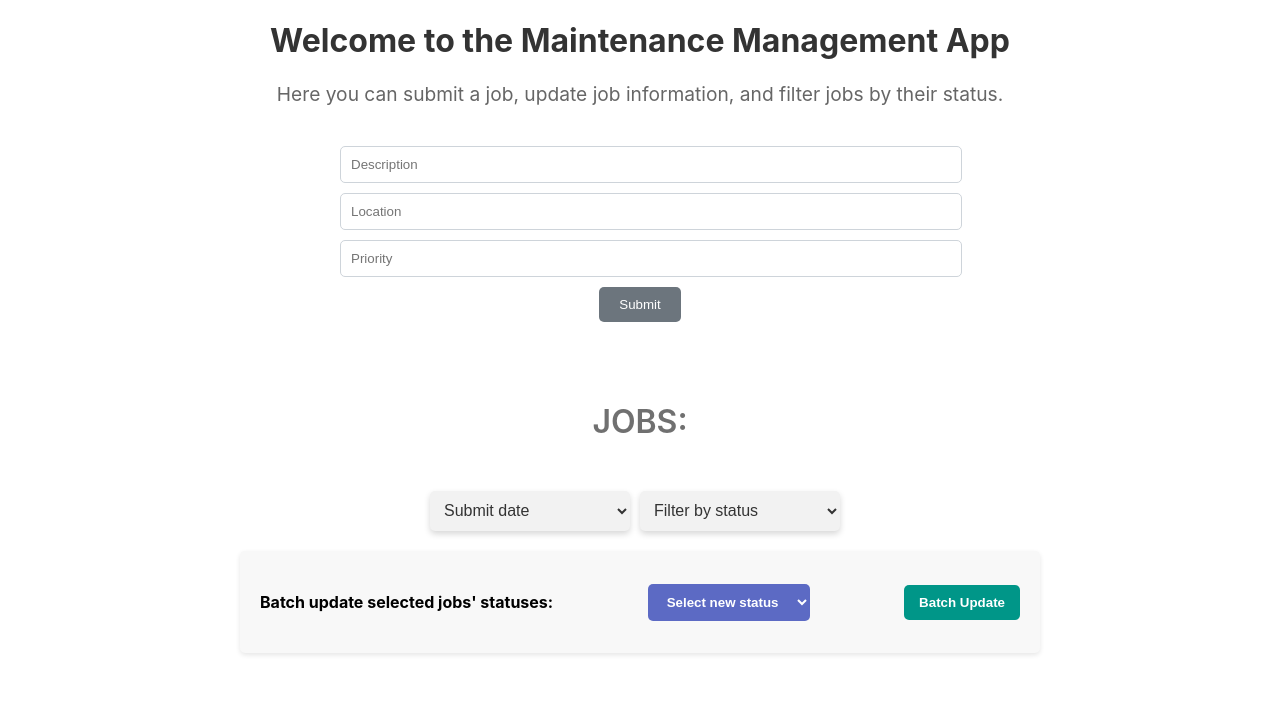
Repository: mikasteyn999/Maintenance-Manager-App
Page: / (app in frontend/)
An editor plug-in stored every save of this project. The page is shown before and after the next save, followed by the edit.
The browser window is 1280 px wide. The pictures show the whole page.
The page's requests for data from a server got no answer. The project was rebuilt for these pictures with package versions that can differ from the ones it lists, and the page was loaded fresh each time. No one was signed in, and anything a server would have sent is missing. Also part of the build but not shown: frontend/src/style/Job.css, frontend/src/components/Job.js, frontend/src/style/JobUpdateForm.css, frontend/src/components/JobUpdateForm.js.

Above is the page before, as saved 2023-06-02 15:25:58.

### frontend/src/App.js
// Import necessary libraries and components
import React from 'react';
import Router from './Router';
import './style/App.css'

// Define the App component
// This component uses the Router component to handle routing
const App = () => {
  return (
    <div className="app">
      <h1 className="app-title">Welcome to the Maintenance Management App</h1> {/* Welcome title */}
      <p className="app-instructions">Here you can submit a job, update job information, and filter jobs by their status.</p> {/* Instructions */}
      <Router /> {/* Use Router component for handling routes */}
    </div>
  );
}

// Export the App component
export default App;

### frontend/src/Router.js
// Import necessary libraries and components
import React from 'react';
import { BrowserRouter as Router, Route, Routes } from 'react-router-dom';
import Home from './components/Home';
import JobForm from './components/JobForm';
import JobsList from './components/JobsList';
import JobUpdateForm from './components/JobUpdateForm'

// Define the Router component
// This component defines the routes for the React app
// The Home component (which contains both the JobForm and JobsList components) is displayed when the path is exactly "/"
// The JobForm component is displayed when the path is "/submit"
// The JobsList component is displayed when the path is "/jobs"
const AppRouter = () => {
    return (
        <Router>
            <Routes>
                <Route path="/" element={<Home />} /> {/* Home route */}
                <Route path="/submit" element={<JobForm />} /> {/* Job submission route */}
                <Route path="/jobs" element={<JobsList />} /> {/* Jobs listing route */}
                <Route path="/edit/:id" element={<JobUpdateForm />} />
            </Routes>
        </Router>
    );
};

// Export the Router component
export default AppRouter;

### frontend/src/style/App.css
/* App.css */

.app {
  text-align: center;
}

.app-title {
  font-size: 2em;
  color: #333;
  text-align: center;
}

.app-instructions {
  font-size: 1.2em;
  color: #666;
  margin-bottom: 20px;
  text-align: center;
}

/* style the form container */
.app .job-form {
  max-width: 600px;  /* limit the width */
  margin: 0 auto;   /* center the form */
  padding: 20px;    /* add some padding */
}

/* style the jobs list container */
.app .jobs-list {
  max-width: 800px;  /* limit the width */
  margin: 0 auto;   /* center the jobs list */
  padding: 20px;    /* add some padding */
}

### frontend/src/components/Home.js
// Import necessary components
import React from 'react';
import JobForm from './JobForm';
import JobsList from './JobsList';

// Define the Home component
// This component contains the job submission form and job listings
const Home = () => {
  return (
    <div className="home">
      <JobForm /> {/* Job submission form */}
      <JobsList /> {/* Job listings */}
    </div>
  );
}

// Export the Home component
export default Home;

### frontend/src/components/JobForm.js
// Import React
import React, { useState } from 'react';
import '../style/JobForm.css'; // Import the CSS

// Define the JobForm component. This component will contain a form that allows users to submit a new job.
// The component has a local state, job, which is updated every time the user types in one of the form inputs.
// The handleChange function updates the job state.
// The handleSubmit function makes a POST request to the /jobs route to submit the new job.
const JobForm = (props) => {
    const [job, setJob] = useState({ description: '', location: '', priority: '' });

    const handleChange = (e) => {
      setJob({ ...job, [e.target.name]: e.target.value });
    };

    const handleSubmit = async (e) => {
      e.preventDefault();
      const response = await fetch('http://localhost:5000/api/jobs', {
        method: 'POST',
        headers: {
          'Content-Type': 'application/json',
        },
        body: JSON.stringify(job),
      });
      if (!response.ok) {
        throw new Error(`HTTP error! status: ${response.status}`);
      }
      const newJob = await response.json();
      props.addNewJob(newJob); // add the new job to the jobs list
    };


    return (
      <form className="job-form" onSubmit={handleSubmit}>
        <input type="text" name="description" value={job.description} onChange={handleChange} placeholder="Description" />
        <input type="text" name="location" value={job.location} onChange={handleChange} placeholder="Location" />
        <input type="text" name="priority" value={job.priority} onChange={handleChange} placeholder="Priority" />
        <button type="submit">Submit</button>
      </form>
    );
  };

  export default JobForm;

### frontend/src/components/JobsList.js
// Import necessary modules
import React, { useEffect, useState } from 'react';
import Job from './Job';
import JobForm from './JobForm';
import '../style/JobsList.css';

// Define the JobsList component
const JobsList = () => {
  // Initialize state variables
  const [jobs, setJobs] = useState([]);
  const [sortOrder, setSortOrder] = useState("date"); // Default sort order is by date
  const [selectedJobs, setSelectedJobs] = useState([]);
  const [filterStatus, setFilterStatus] = useState("");

  // Fetch jobs function
  const fetchJobs = async () => {
    let url = `http://localhost:5000/api/jobs?sort=${sortOrder}`;
    if (filterStatus) url += `&status=${filterStatus}`; // Add status query parameter if a status filter is selected
    const response = await fetch(url);
    const data = await response.json();
    setJobs(data.filter(job => job.status !== 'Archived')); // Filter out archived jobs
  };

  // Fetch jobs when the component is first rendered and when sortOrder or filterStatus changes
  useEffect(() => {
    fetchJobs();
  }, [sortOrder, filterStatus]);

  // Update sort order
  const handleSortChange = (event) => {
    setSortOrder(event.target.value);
  };


    const handleBatchUpdate = async () => {
      const status = document.getElementById('batchStatusUpdate').value;
      if (!status) {
        console.error('No status selected for batch update');
        return;
      }
      if (selectedJobs.length === 0) {
        console.error('No jobs selected for batch update');
        return;
      }
      try {
        const response = await fetch('http://localhost:5000/api/jobs/batch', {
            method: 'PUT',
            headers: {
                'Content-Type': 'application/json',
            },
            body: JSON.stringify({ jobIds: selectedJobs, status }),
        });

        if (response.ok) {
          console.log('Batch update successful');
          setSelectedJobs([]); // Clear selected jobs after successful update
          // Here, fetch the jobs again
          fetchJobs();
        } else {
          console.error('Failed to batch update jobs');
        }
      } catch (error) {
        console.error(`An error occurred: ${error}`);
      }
    };

    // Function to handle archive
    const handleArchive = async (jobId) => {
      try {
        const response = await fetch(`http://localhost:5000/api/jobs/archive/${jobId}`, {
          method: 'PUT',
        });

        if (!response.ok) {
          console.error('Failed to archive job');
        } else {
          setJobs(jobs.filter(job => job._id !== jobId)); // Remove the archived job from the local state
        }
      } catch (error) {
        console.error(`An error occurred: ${error}`);
      }
    };

    // Pass handleArchive as a prop to the Job component
    {jobs.map((job) => (
      <Job key={job._id} job={job} handleArchive={handleArchive} selectedJobs={selectedJobs} setSelectedJobs={setSelectedJobs} />
    ))}

    const addNewJob = (newJob) => {
      setJobs([newJob, ...jobs]);
    };

    // Pass the function to JobForm as a prop
    <JobForm addNewJob={addNewJob} />



    return (
      <div className='jobs-list'>
        <div className='jobs-header'>JOBS:</div>

        {/* Add sort order dropdown */}
        <select className='select-sort' value={sortOrder} onChange={handleSortChange}>
          <option value="">Sort by</option>
          <option value="date">Submit date</option>
          <option value="status">Status</option>
        </select>

        {/* Add status filter dropdown */}
        <select className='select-filter' value={filterStatus} onChange={(e) => setFilterStatus(e.target.value)}>
          <option value="">Filter by status</option>
          <option value="Submitted">Submitted</option>
          <option value="In Progress">In Progress</option>
          <option value="Completed">Completed</option>
        </select>

        {/* Batch update */}
        <div className='batch-update'>
          <h4>Batch update selected jobs' statuses:</h4>
          <select id="batchStatusUpdate" name="batchStatusUpdate">
            <option value="">Select new status</option>
            <option value="Submitted">Submitted</option>
            <option value="In Progress">In Progress</option>
            <option value="Completed">Completed</option>
          </select>
          <button onClick={handleBatchUpdate}>Batch Update</button>
        </div>
        {/* List the jobs */}
        {jobs.map((job) => (
          <Job key={job._id} job={job} handleArchive={handleArchive} selectedJobs={selectedJobs} setSelectedJobs={setSelectedJobs} />
        ))}
      </div>
    );
};

export default JobsList;

### frontend/src/style/JobForm.css
.job-form {
    margin-bottom: 20px;
}

.job-form input {
    display: block;
    width: 100%;
    padding: 10px;
    margin-bottom: 10px;
    border: 1px solid #ced4da;
    border-radius: 5px;
}

.job-form button {
    padding: 10px 20px;
    border: none;
    border-radius: 5px;
    background-color: #6c757d;
    color: #fff;
    cursor: pointer;
}

### frontend/src/style/JobsList.css
.jobs-list {
    max-width: 600px;
    margin: 0 auto;
    padding: 20px;
}

.jobs-header {
    font-size: xx-large;
    padding: 5%;
    font-weight: 600;
    color: rgb(112, 112, 112);
}

/* Style the select element */
.select-sort {
    width: 200px;
    height: 40px;
    border: none;
    border-radius: 5px;
    padding: 5px 10px;
    margin-bottom: 20px;
    box-shadow: 0 3px 6px 0 rgba(0,0,0,0.16);
    font-size: 16px;
    color: #333;
    background-color: #f2f2f2;
    transition: background-color 0.3s ease;
}

/* Style the options inside the select element */
.select-sort option {
    color: #333;
    background-color: #f2f2f2;
}

/* Change the background color of the select when it's focused */
.select-sort:focus {
    background-color: #e6e6e6;
}

.batch-update {
    display: flex;
    align-items: center;
    justify-content: space-between;
    padding: 20px;
    margin-bottom: 20px;
    background-color: #f8f8f8;
    border-radius: 5px;
    box-shadow: 0 2px 5px rgba(0,0,0,0.1);
}

.batch-update select,
.batch-update button {
    padding: 10px 15px;
    border: none;
    border-radius: 5px;
    background-color: #5c6ac4;
    color: white;
    font-weight: bold;
    cursor: pointer;
}

.batch-update button {
    background-color: #009688;
}

.batch-update button:hover {
    background-color: #00796b;
}

/* Style the select element */
.select-filter {
    width: 200px;
    height: 40px;
    border: none;
    border-radius: 5px;
    padding: 5px 10px;
    margin-bottom: 20px;
    box-shadow: 0 3px 6px 0 rgba(0,0,0,0.16);
    font-size: 16px;
    color: #333;
    background-color: #f2f2f2;
    transition: background-color 0.3s ease;
    margin: 10px;
}

/* Style the options inside the select element */
.select-filter option {
    color: #333;
    background-color: #f2f2f2;
}

Loaded but not shown: frontend/public/index.html (common file); frontend/src/index.js (common file); frontend/src/index.css (common file); frontend/src/reportWebVitals.js (common file)

After the next save:
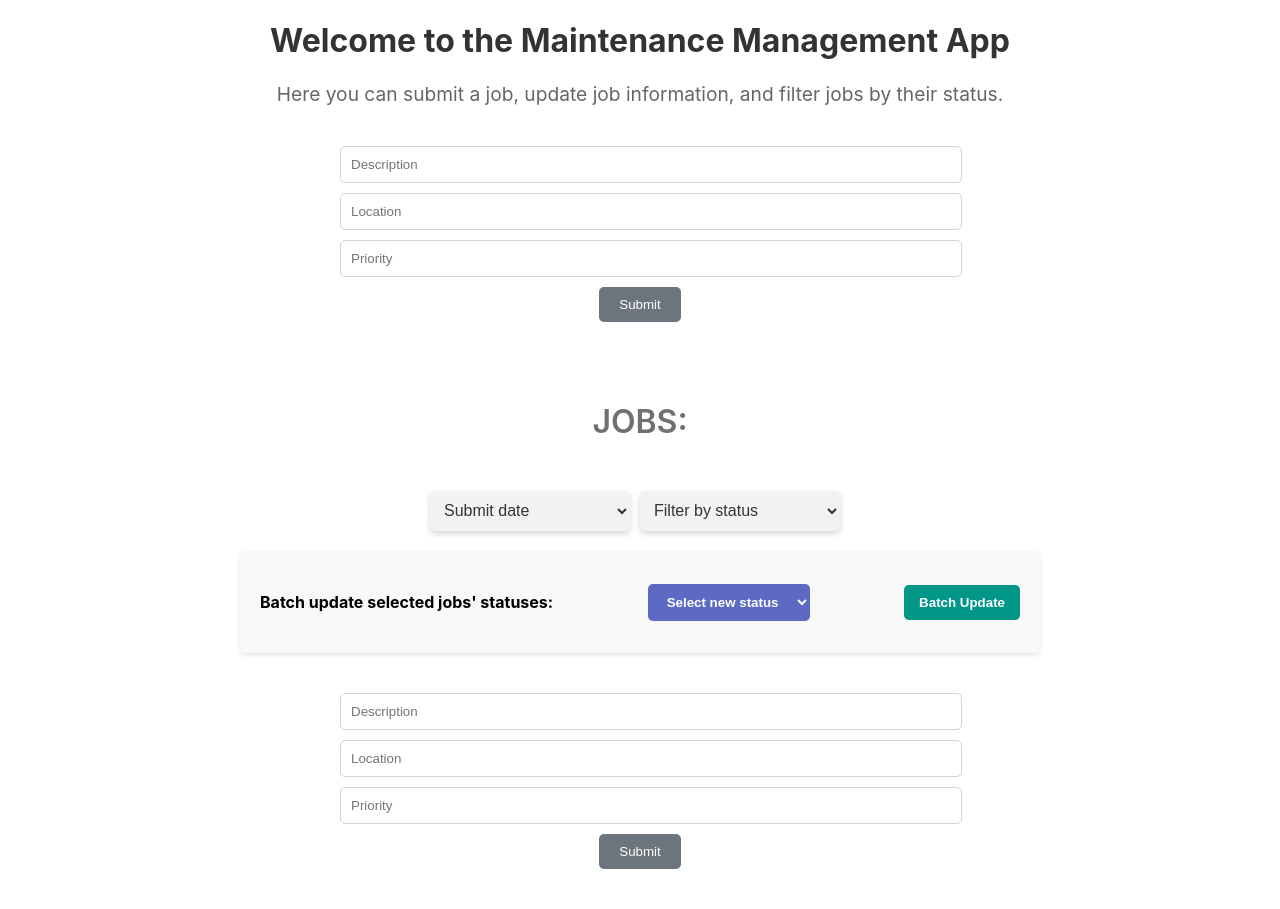
Saved 4 min 16 s later.
--- a/frontend/src/components/JobsList.js
+++ b/frontend/src/components/JobsList.js
@@ -90,10 +90,6 @@ const JobsList = () => {
       setJobs([newJob, ...jobs]);
     };
 
-    // Pass the function to JobForm as a prop
-    <JobForm addNewJob={addNewJob} />
-
-
 
     return (
       <div className='jobs-list'>
@@ -125,6 +121,10 @@ const JobsList = () => {
           </select>
           <button onClick={handleBatchUpdate}>Batch Update</button>
         </div>
+
+        {/* Add JobForm here */}
+      <JobForm addNewJob={addNewJob} />
+
         {/* List the jobs */}
         {jobs.map((job) => (
           <Job key={job._id} job={job} handleArchive={handleArchive} selectedJobs={selectedJobs} setSelectedJobs={setSelectedJobs} />
